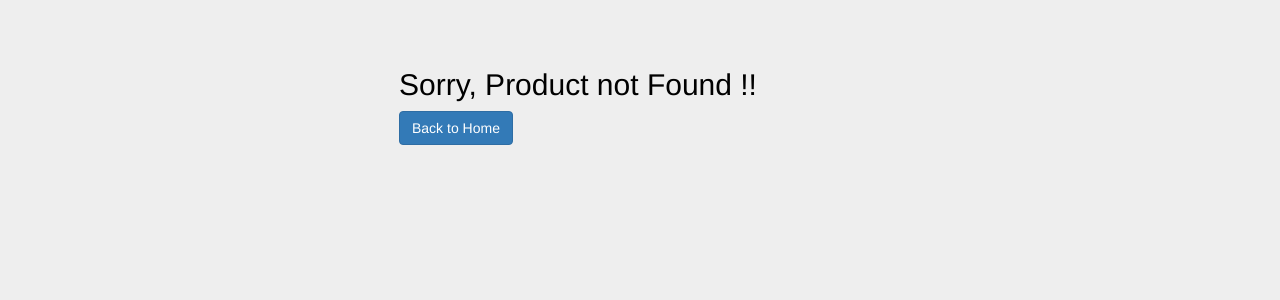
Repository: krutishilp/Sample
Page: JAVA-Eclipse-workspace/productmanagement-webapp/src/main/webapp/WEB-INF/productDeleteSuccess.html
These files come from the project's save history. The page is drawn as it stood at one moment and after the next save; the edit follows.
The browser window is 1280 px wide. The pictures show the whole page.

Above is the page before, as saved 2020-09-04 14:06:53.

### JAVA-Eclipse-workspace/productmanagement-webapp/src/main/webapp/WEB-INF/productDeleteSuccess.html
<!DOCTYPE html>
<html>
<head>
<meta charset="ISO-8859-1">
<title>Success !!</title>
<link rel="stylesheet"
	href="https://maxcdn.bootstrapcdn.com/bootstrap/3.3.7/css/bootstrap.min.css"
	integrity="sha384-BVYiiSIFeK1dGmJRAkycuHAHRg32OmUcww7on3RYdg4Va+PmSTsz/K68vbdEjh4u"
	crossorigin="anonymous">
<style type="text/css">
.container {
	width: 40%;
	align-items: center;
}
</style>
</head>
<body  class="jumbotron">
		<div class="container">
		<h2>Sorry, Product not Found !!</h2>
		<a class="btn btn-primary" href="welcome.html">Back to Home</a>
		</div>
</body>
</html>

After the next save:
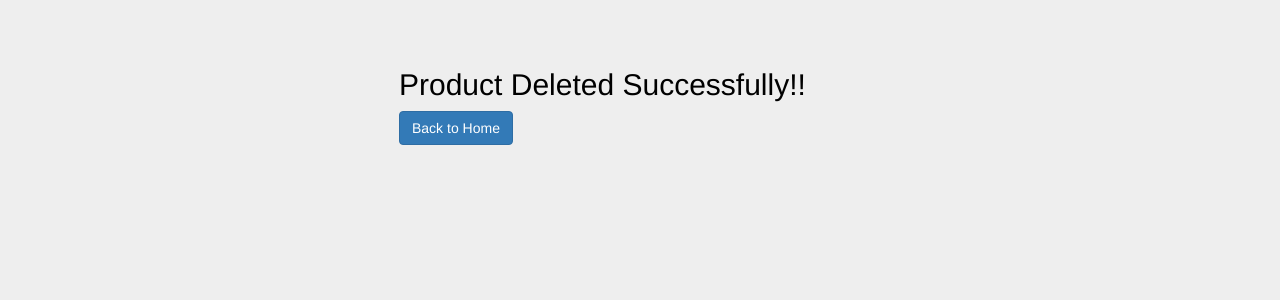
Saved 22 s later.
--- a/JAVA-Eclipse-workspace/productmanagement-webapp/src/main/webapp/WEB-INF/productDeleteSuccess.html
+++ b/JAVA-Eclipse-workspace/productmanagement-webapp/src/main/webapp/WEB-INF/productDeleteSuccess.html
@@ -16,7 +16,7 @@
 </head>
 <body  class="jumbotron">
 		<div class="container">
-		<h2>Sorry, Product not Found !!</h2>
+		<h2>Product Deleted Successfully!!</h2>
 		<a class="btn btn-primary" href="welcome.html">Back to Home</a>
 		</div>
 </body>
